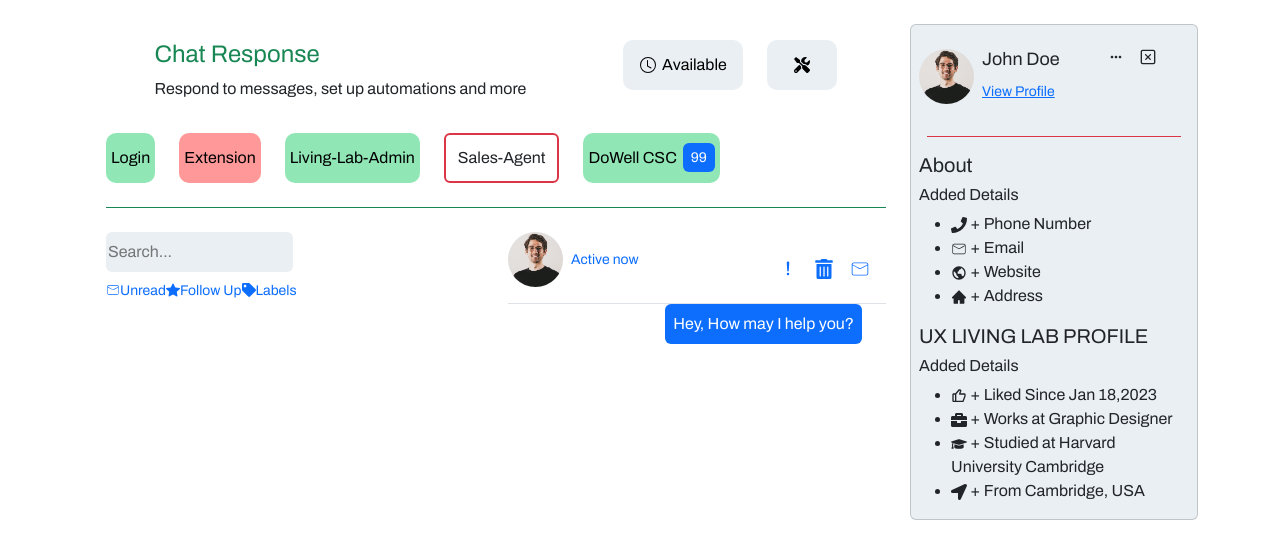
Repository: uh-sman/UX-Living-Lab-Chat
Page: /
An editor plug-in stored every save of this project. The page is shown before and after the next save, followed by the edit.
The browser window is 1280 px wide. The pictures show the whole page.
The project was rebuilt for these pictures with package versions that can differ from the ones it lists, and the page was loaded fresh each time.

Above is the page before, as saved 2023-05-10 18:01:13.

### public/index.html
<!DOCTYPE html>
<html lang="en">
  <head>
    <meta charset="utf-8" />
    <link rel="icon" href="%PUBLIC_URL%/favicon.ico" />
    <meta name="viewport" content="width=device-width, initial-scale=1" />
    <meta name="theme-color" content="#000000" />
    <meta
      name="description"
      content="Web site created using create-react-app"
    />
    <link rel="apple-touch-icon" href="%PUBLIC_URL%/logo192.png" />
    <!--
      manifest.json provides metadata used when your web app is installed on a
      user's mobile device or desktop. See https://developers.google.com/web/fundamentals/web-app-manifest/
    -->
    <link rel="manifest" href="%PUBLIC_URL%/manifest.json" />
    <!-- font awsome CDN -->

    <link
      rel="stylesheet"
      href="https://cdn.jsdelivr.net/npm/@fortawesome/fontawesome-free@6.2.1/css/fontawesome.min.css"
      integrity="sha384-QYIZto+st3yW+o8+5OHfT6S482Zsvz2WfOzpFSXMF9zqeLcFV0/wlZpMtyFcZALm"
      crossorigin="anonymous"
    />
    <!--
      Notice the use of %PUBLIC_URL% in the tags above.
      It will be replaced with the URL of the `public` folder during the build.
      Only files inside the `public` folder can be referenced from the HTML.

      Unlike "/favicon.ico" or "favicon.ico", "%PUBLIC_URL%/favicon.ico" will
      work correctly both with client-side routing and a non-root public URL.
      Learn how to configure a non-root public URL by running `npm run build`.
    -->
    <title>React App</title>
  </head>
  <body>
    <noscript>You need to enable JavaScript to run this app.</noscript>
    <div id="root"></div>
    <!--
      This HTML file is a template.
      If you open it directly in the browser, you will see an empty page.

      You can add webfonts, meta tags, or analytics to this file.
      The build step will place the bundled scripts into the <body> tag.

      To begin the development, run `npm start` or `yarn start`.
      To create a production bundle, use `npm run build` or `yarn build`.
    -->
  </body>
</html>

### src/index.css
* {
  text-decoration: none;
}

### src/App.js
import "./App.css";
import "bootstrap/dist/css/bootstrap.min.css";
import "bootstrap/dist/js/bootstrap.bundle.min";
import Container from "./container";
function App() {
  return (
    <div className="App">
      <Container />
    </div>
  );
}

export default App;

### src/App.css
@import url("https://fonts.googleapis.com/css2?family=Archivo&display=swap");
:root {
  --header-color: #0d7813;
  /* --button-color :#00000;
  --button-color :#90E7B5; */
  --bg-color: #e9eff3;
  /* #90E7B5 */

  --font: "Archivo", sans-serif;
}

* {
  text-decoration: none;
  /* list-style: none; */
  font-family: "Archivo", sans-serif;
}

.body {
  font-family: "Archivo", sans-serif;
}
.header {
  color: var(--header-color);
  font-family: "Archivo", sans-serif;
}
.button {
  display: flex;
  align-items: center;
  background: var(--bg-color);
  justify-content: center;
  height: 50px;
  width: 120px;
  gap: 6px;
  border: none;
  border-radius: 10px;
}
.button2 {
  display: flex;
  align-items: center;
  background: var(--bg-color);
  justify-content: center;
  height: 50px;
  width: 70px;
  gap: 6px;
  border: none;
  border-radius: 10px;
}
.button3 {
  display: flex;
  align-items: center;
  background: #90e7b5;
  justify-content: center;
  height: 50px;
  max-width: contain;
  padding: 0px 5px;
  gap: 6px;
  border: none;
  border-radius: 10px;
}
.button4 {
  display: flex;
  align-items: center;
  background: #ff9898;
  justify-content: center;
  height: 50px;
  max-width: contain;
  padding: 0px 5px;
  gap: 6px;
  border: none;
  border-radius: 10px;
}
.image-style {
  width: 55px;
  height: 55px;
  border-radius: 500px;
}
.cardBody {
  background-color: var(--bg-color);
}
.input {
  border: var(--bg-color);
  /* align-items: ; */
  outline: none;
  background: var(--bg-color);
}

### src/container/index.js
import React from "react";
import ChatSection from "./ChatSection";
import DetailsSection from "./DetailsSection";
const Container = () => {
  return (
    <div className="container">
      <div className="d-flex justify-content-around my-4">
        <ChatSection />
        <DetailsSection />
      </div>
    </div>
  );
};

export default Container;

### src/container/ChatSection.js
import React from "react";
import ChatHeader from "./ChatItems/ChatHeader";
import ProfileHead from "./Chats/message/ProfileHead";
import SearchBar from "./Chats/SearchBar";

const ChatSection = () => {
  return (
    <div className="container">
      <ChatHeader />
      {/* chats come here */}
      <div className="d-flex my-2">
        <SearchBar />
        <ProfileHead />
      </div>
    </div>
  );
};

export default ChatSection;

### src/container/DetailsSection.jsx
import React from "react";
import user from "../assets/user.jpg";
import AboutDetails from "./Details/AboutDetails";
import DetailsSectionButton from "./DetailsSectionButton";
const DetailsSection = ({ title, about }) => {
  return (
    <div>
      <div
        className="card"
        style={{ width: "18rem", backgroundColor: "#e9eff3" }}
      >
        <div className="mx-2">
          <div className="d-flex gap-5 mt-4 ">
            <figure className="d-flex gap-2">
              <img src={user} className=" image-style" />
              <div className="">
                <h4 className="body fw-bold" style={{ fontSize: "18px" }}>
                  {title}
                </h4>
                <a href="" className="fw-bold" style={{ fontSize: "14px" }}>
                  View Profile
                </a>
              </div>
            </figure>
            <DetailsSectionButton />
          </div>
          <div className="border-bottom border-danger mx-2 my-3"></div>
          <div className=""></div>
          {/* DETAILS */}
          <AboutDetails />
        </div>
      </div>
    </div>
  );
};
DetailsSection.defaultProps = {
  title: "John Doe",
  about: "About",
};

export default DetailsSection;

### src/container/ChatItems/ChatHeader.jsx
import React from "react";
import Buttons from "./Buttons";
import HeaderButtons from "./HeaderButtons";

const ChatHeader = ({ title, caption }) => {
  return (
    <div className="container">
      <div className=" d-flex justify-content-around my-3">
        <header>
          <h1 className="header fs-4 fw-bold text-success">{title}</h1>
          <p className="fw-medium  Header-font">{caption}</p>
        </header>
        <HeaderButtons />
      </div>
      <Buttons />
      <div className="border-bottom border-success my-4"></div>
    </div>
  );
};

export default ChatHeader;
ChatHeader.defaultProps = {
  title: "Chat Response",
  caption: "Respond to messages, set up automations and more",
};

### src/container/Chats/message/ProfileHead.jsx
import React from "react";
import { FaTrashAlt } from "react-icons/fa";
import user from "../../../assets/user.jpg";
import ChatIcons from "./ChatIcons";
import Message from "./Message";
const ProfileHead = () => {
  return (
    <div className="container overflow-y-scroll">
      <div className="d-flex justify-content-between  align-items-center border-bottom">
        <figure className="d-flex gap-2 align-items-center">
          <img src={user} className=" image-style" />
          <div className="">
            {/* Status active now if true show active */}
            <small className="text-primary">Active now</small>
          </div>
        </figure>
        <ChatIcons />
      </div>
      <Message />
    </div>
  );
};

export default ProfileHead;

### src/container/Chats/SearchBar.jsx
import React from "react";
import { FaSearch } from "react-icons/fa";
import Icons from "./Icons";
// BsStarFill;
const SearchBar = () => {
  return (
    <div className="container-md">
      <div className="overflow-y-scroll">
        <form>
          <input
            className="input rounded bi bi-search py-2"
            placeholder="Search..."
          />
          {/* <i className="bi bi-search"></i> */}
        </form>
        <Icons />
      </div>
    </div>
  );
};

export default SearchBar;

### src/container/Details/AboutDetails.jsx
import React from "react";
import {
  FaPhone,
  FaBriefcase,
  FaGraduationCap,
  FaLocationArrow,
} from "react-icons/fa";
import { CiMail } from "react-icons/ci";
import { BiWorld, BiLike } from "react-icons/bi";
import { AiFillHome } from "react-icons/ai";
const AboutDetails = ({ title, ux }) => {
  const data = [
    {
      phone: "Phone Number",
      email: "Email",
      web: "Website",
    },
  ];
  return (
    <div>
      <div className="">
        <h5>{title}</h5>
        <main>
          <h6>Added Details</h6>
          <div className="">
            <ul>
              <li>
                <FaPhone /> + Phone Number
              </li>
              <li>
                <CiMail /> + Email
              </li>
              <li>
                <BiWorld /> + Website
              </li>
              <li>
                <AiFillHome /> + Address
              </li>
            </ul>
          </div>
        </main>
      </div>
      <div className="">
        <h5>{ux}</h5>
        <main>
          <h6>Added Details</h6>
          <div className="">
            <ul>
              <li>
                <BiLike /> + Liked Since Jan 18,2023
                {/* date from the api */}
              </li>
              <li>
                <FaBriefcase /> + Works at Graphic Designer
              </li>
              <li>
                <FaGraduationCap /> + Studied at Harvard University Cambridge
                {/* Place of work from the api */}
              </li>
              <li>
                <FaLocationArrow /> + From Cambridge, USA
              </li>
            </ul>
          </div>
        </main>
      </div>
    </div>
  );
};

export default AboutDetails;

AboutDetails.defaultProps = {
  title: "About",
  ux: "UX LIVING LAB PROFILE",
};

### src/container/DetailsSectionButton.jsx
import React from "react";
import { MdOutlineMoreHoriz } from "react-icons/md";
import { CgCloseR } from "react-icons/cg";
const DetailsSectionButton = () => {
  return (
    <div>
      <div className="d-flex gap-3">
        <MdOutlineMoreHoriz />
        <CgCloseR />
      </div>
    </div>
  );
};

export default DetailsSectionButton;

### src/container/ChatItems/Buttons.jsx
import React from "react";

const Buttons = () => {
  return (
    <div className="d-flex gap-4">
      <button type="button" className="button3">
        Login
      </button>
      <button type="button" className="button4">
        Extension
      </button>
      <button type="button" className="button3">
        Living-Lab-Admin
      </button>
      <button type="button" className="btn border-danger border-2">
        Sales-Agent
      </button>
      <button type="button" className="button3">
        DoWell CSC
        <small className="bg-primary text-white px-2 py-1 rounded">
          {"99"}
        </small>
      </button>
    </div>
  );
};

export default Buttons;

### src/container/ChatItems/HeaderButtons.jsx
import React from "react";
import { BsClock } from "react-icons/bs";
import { FaTools } from "react-icons/fa";
const HeaderButtons = () => {
  return (
    <div className="d-flex gap-4">
      <button type="button" className="button">
        <BsClock className="" />
        Available
      </button>
      <button type="button" className="button2">
        <FaTools />
      </button>
    </div>
  );
};

export default HeaderButtons;

### src/container/Chats/message/ChatIcons.jsx
import React from "react";
import { FaTrashAlt } from "react-icons/fa";
import { BsExclamationLg } from "react-icons/bs";
import { CiMail } from "react-icons/ci";
const ChatIcons = () => {
  return (
    <div className="mx-3">
      <div className="d-flex gap-3">
        <small className="text-primary fs-5"></small>
        <small className="text-primary fs-5">
          <BsExclamationLg />
        </small>
        <small className="text-primary fs-5">
          <FaTrashAlt />
        </small>

        <small className="text-primary fs-5">
          <CiMail />
        </small>
      </div>
    </div>
  );
};

export default ChatIcons;

### src/container/Chats/message/Message.jsx
import React, { useState } from "react";

const Message = () => {
  const [message, setMessage] = useState(true);
  return (
    <div className="mx-4">
      <div className="d-flex justify-content-end align-items-baseline">
        {message ? (
          <div
            className="bg-primary text-white rounded d-flex align-items-center "
            style={{ width: "auto", height: "40px", listStyle: "none" }}
          >
            <li className="mx-2">Hey, How may I help you? </li>
          </div>
        ) : null}
      </div>
    </div>
  );
};

export default Message;

### src/container/Chats/Icons.jsx
import React from "react";
import { CiMail } from "react-icons/ci";
import { BsStarFill } from "react-icons/bs";
import { FaTag } from "react-icons/fa";
const Icons = () => {
  return (
    <div>
      <div className="d-flex text-primary my-2">
        <small className="d-flex align-items-center">
          <CiMail /> Unread
        </small>
        <small className="d-flex align-items-center">
          <BsStarFill /> Follow Up
        </small>
        <small className="d-flex align-items-center">
          <FaTag />
          Labels
        </small>
      </div>
    </div>
  );
};

export default Icons;

Loaded but not shown: src/index.js (common file)

After the next save:
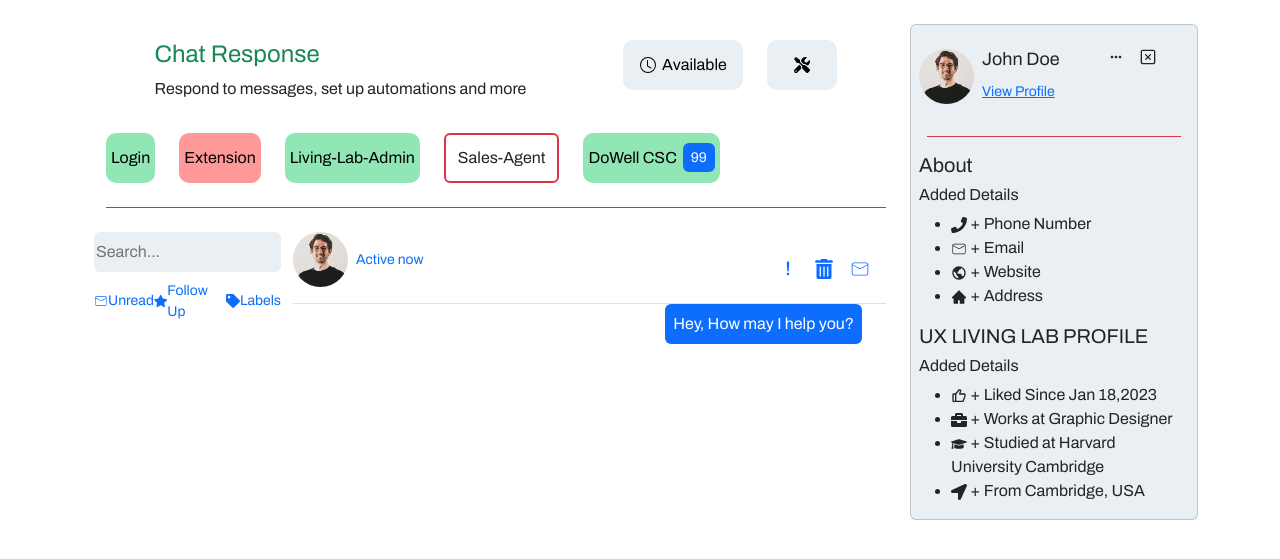
Saved 8 s later.
--- a/src/container/Chats/SearchBar.jsx
+++ b/src/container/Chats/SearchBar.jsx
@@ -4,7 +4,7 @@
 // BsStarFill;
 const SearchBar = () => {
   return (
-    <div className="container-md">
+    <div className="container-w-sm">
       <div className="overflow-y-scroll">
         <form>
           <input

After the 4 saves that followed:
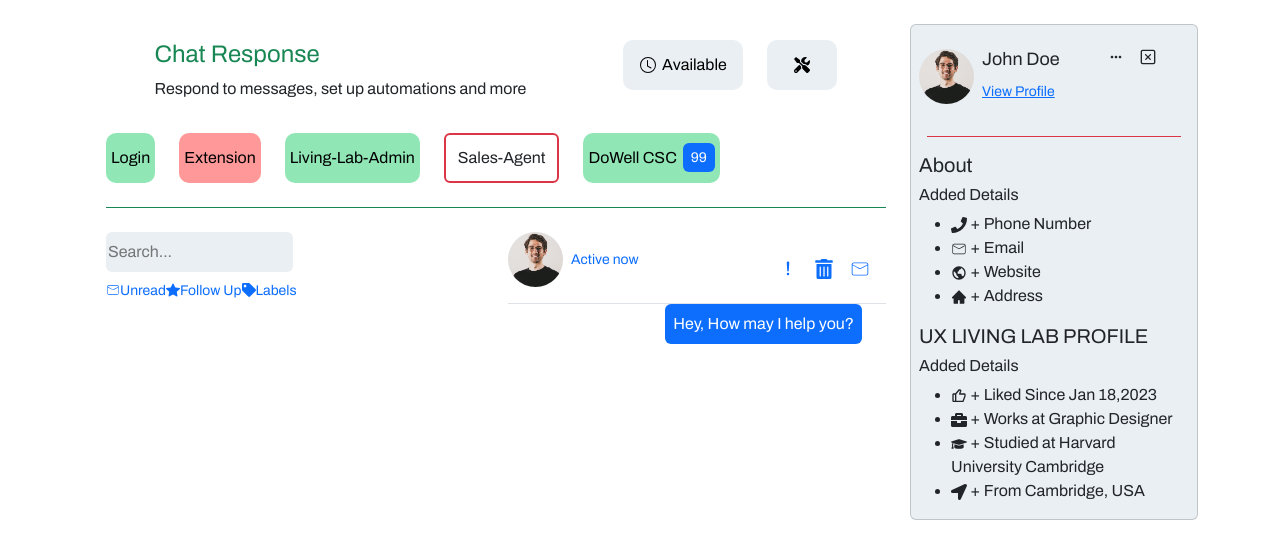
The 4 saves are shown as one change because 3 left the picture as it was.
The last was saved 29 s later.
--- a/src/container/Chats/SearchBar.jsx
+++ b/src/container/Chats/SearchBar.jsx
@@ -4,7 +4,7 @@
 // BsStarFill;
 const SearchBar = () => {
   return (
-    <div className="container-w-sm">
+    <div className="container">
       <div className="overflow-y-scroll">
         <form>
           <input
